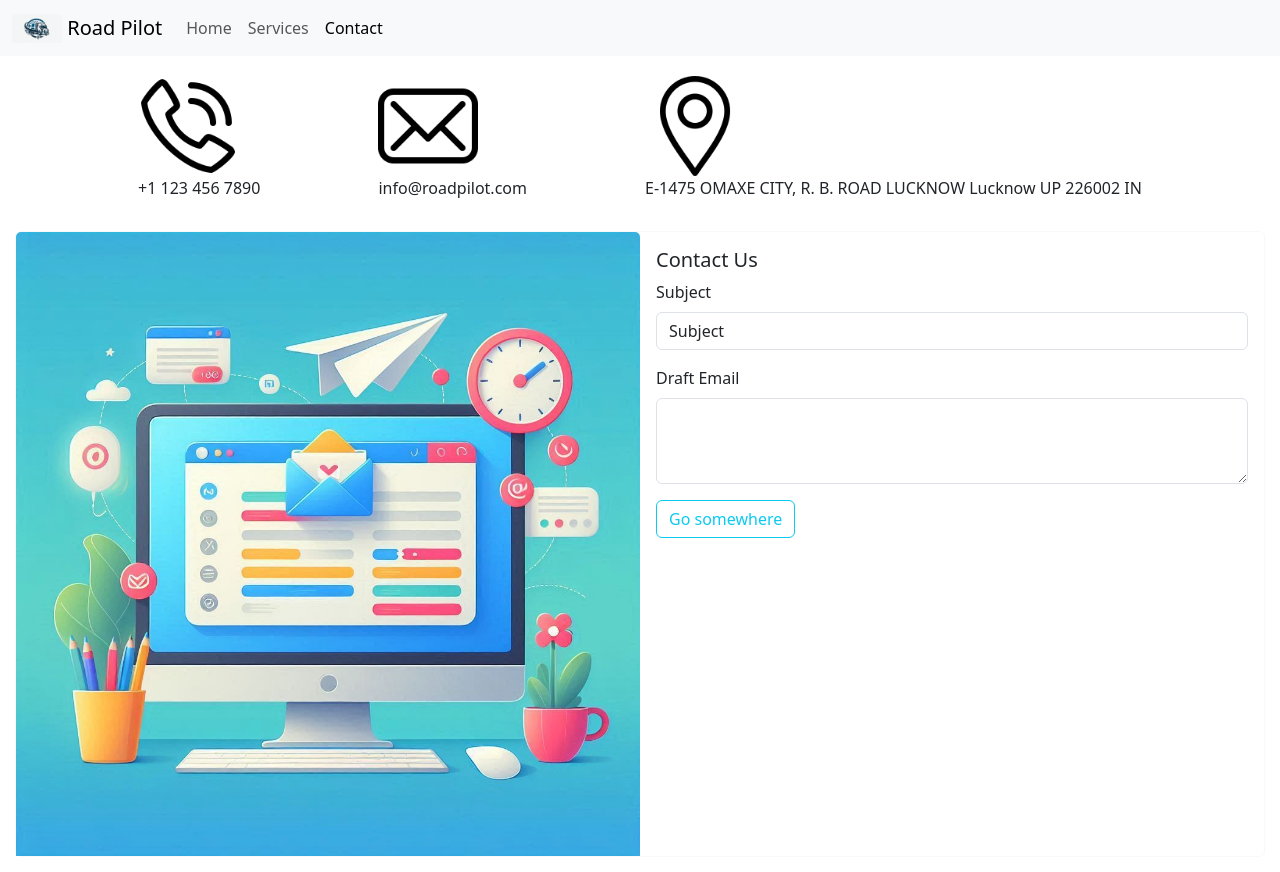
Repository: VictoriousMango/WebCreator
Page: pages/contact.html
These files come from the project's save history. The page is drawn as it stood at one moment and after a run of saves; the edit follows.
The browser window is 1280 px wide. The pictures show the whole page.

Above is the page before, as saved 2024-11-09 13:18:19.

After the next 2 saves:
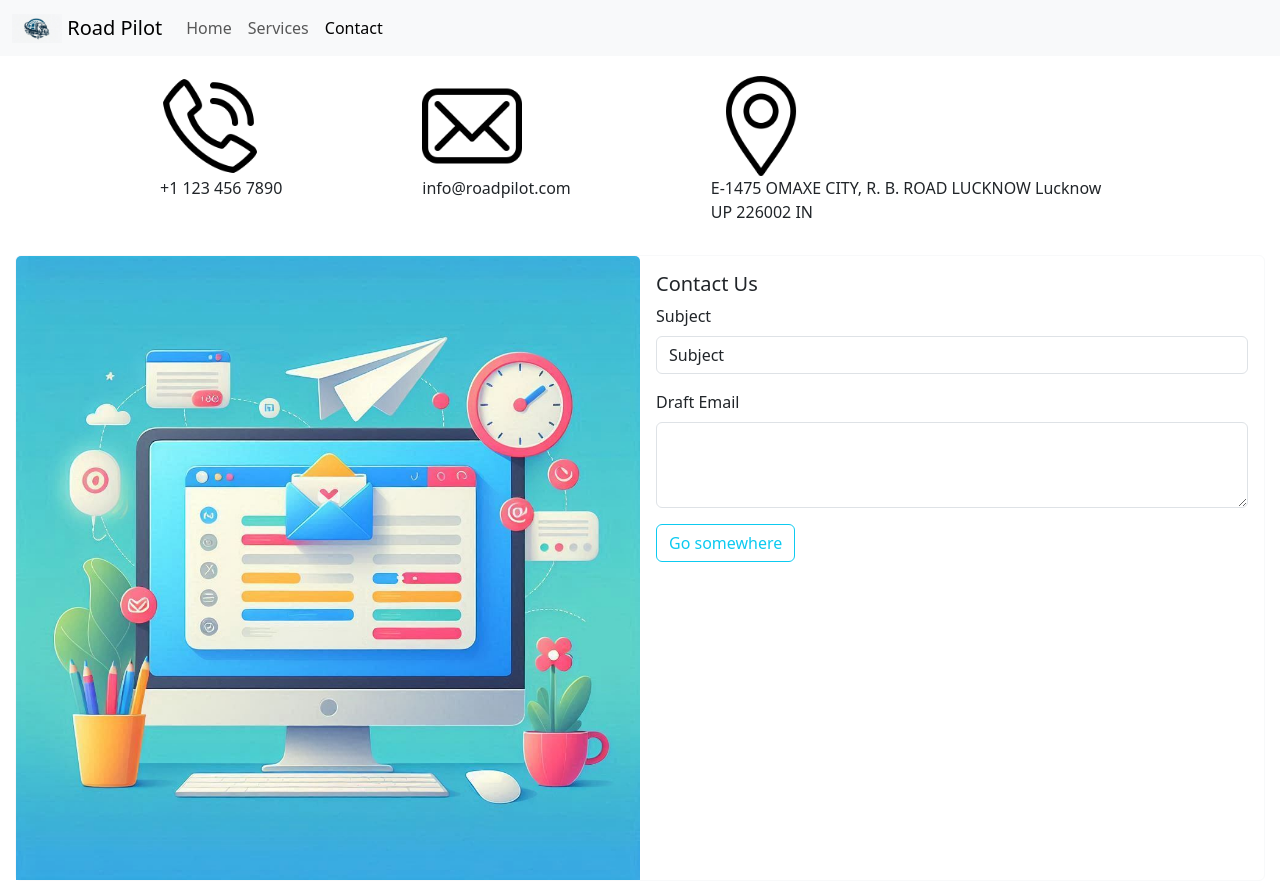
The 2 saves are shown as one change because they came seconds apart.
The last was saved 9 s later.
--- a/assets/css/contact.css
+++ b/assets/css/contact.css
@@ -9,7 +9,7 @@
 }
 
 .contact__link {
-    max-width: ;
+    max-width: 33%;
 }
 
 .contact__linksIMG {
